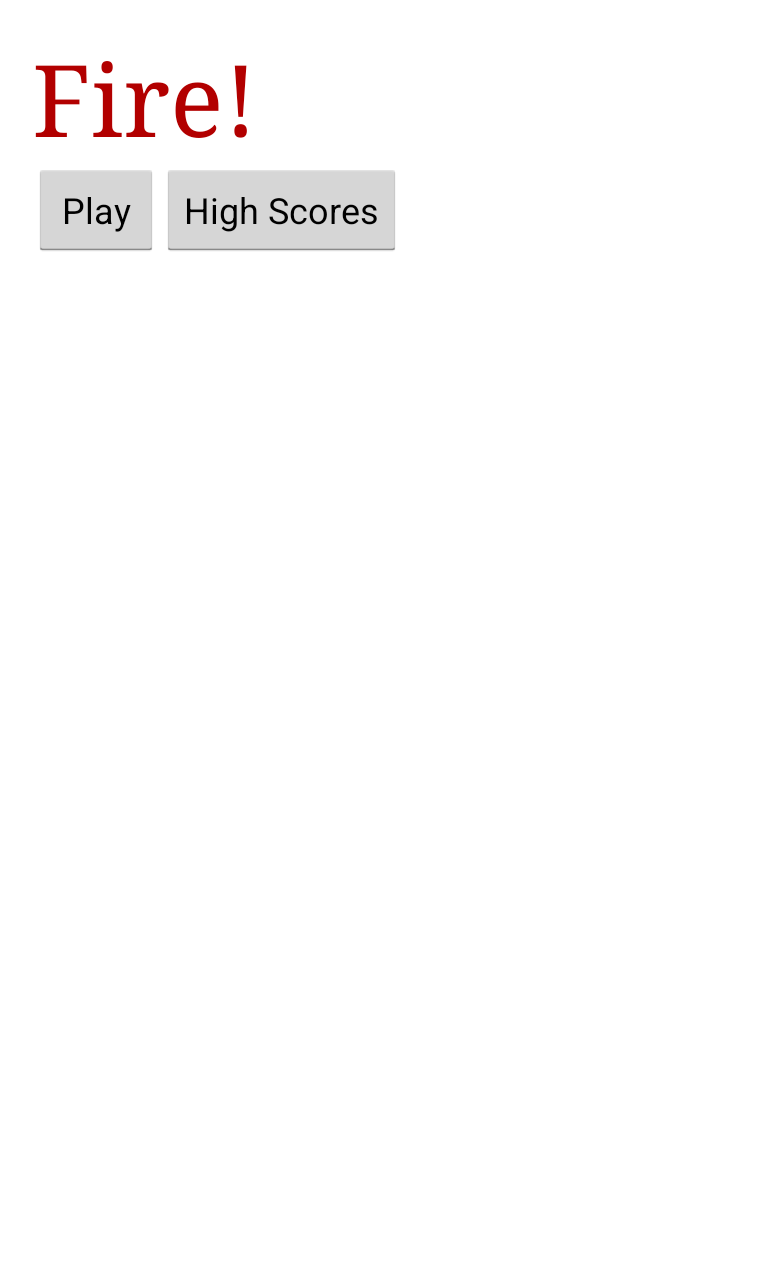
Repository: osheac5/fire
Layout: fire/res/layout/activity_splash_screen.xml
These files come from the project's save history. The layout is drawn as it stood at one moment and after the next save; the edit follows.
It is drawn on a 768 x 1280 px phone screen (xhdpi) without system bars, with theme AppTheme; the app's code is not run.

Above is the layout before, as saved 2013-11-25 11:23:59.

After the next save:
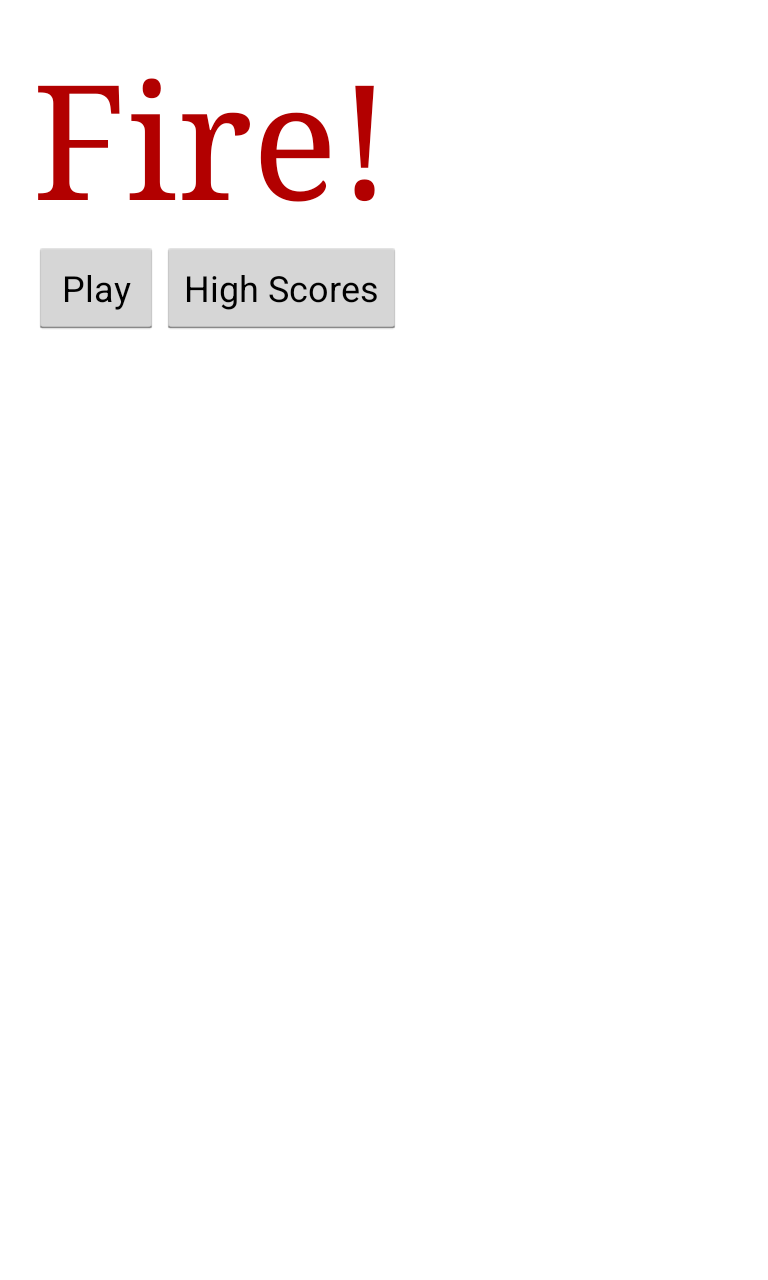
Saved 23 s later.
--- a/fire/res/layout/activity_splash_screen.xml
+++ b/fire/res/layout/activity_splash_screen.xml
@@ -20,7 +20,7 @@
             android:gravity="center"
             android:text="@string/app_name"
             android:textColor="#B20000"
-            android:textSize="50sp"
+            android:textSize="80sp"
             android:typeface="serif" />
     </LinearLayout>
 
